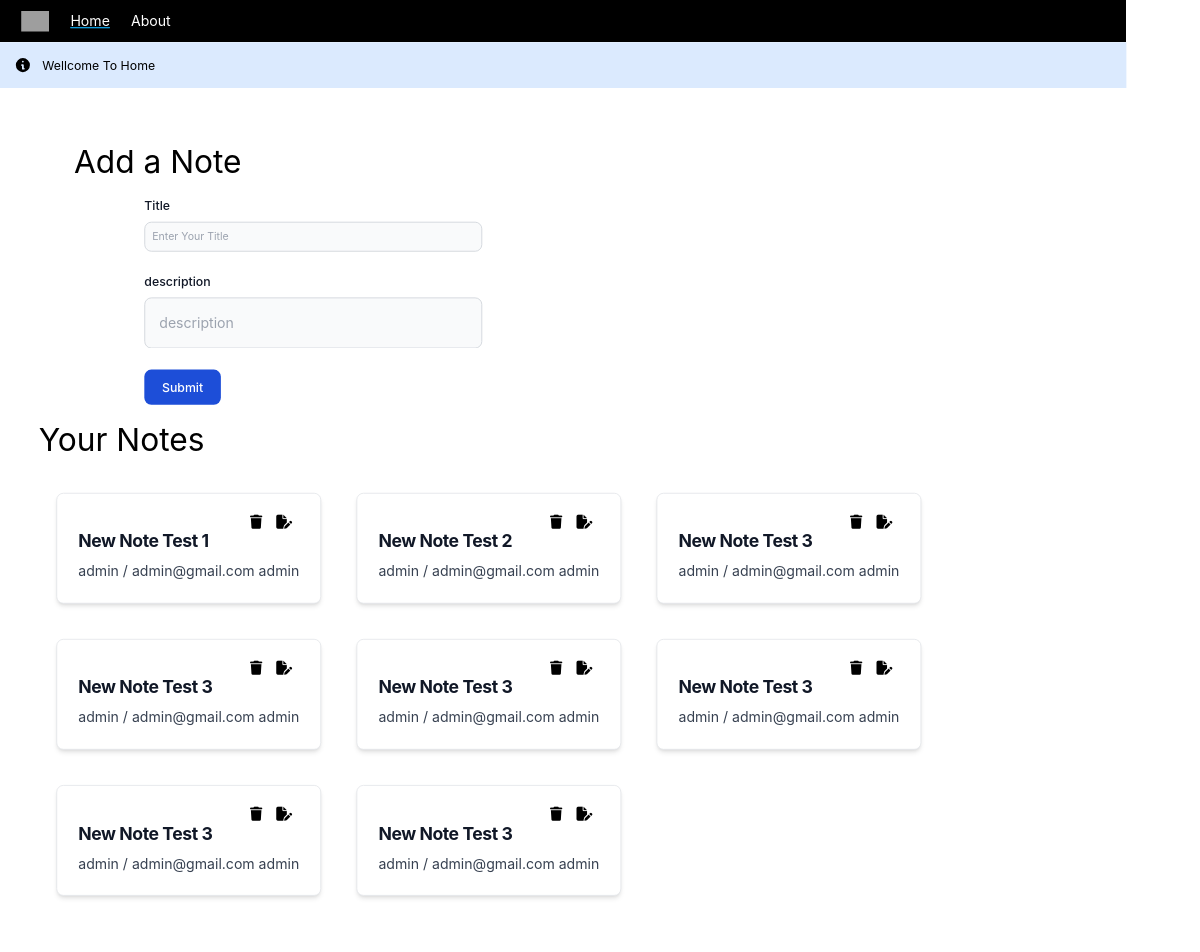
Repository: sonawaneteju4/iNote
Page: /
An editor plug-in stored every save of this project. The page is shown before and after the next save, followed by the edit.
The browser window is 1280 px wide. The page is 1364 px wide, so the pictures cover 1364 px, including what lies to the right of the window. The pictures show the whole page, at 88% of full size.
Pictures or frames that could not be fetched are drawn as grey boxes. Some web libraries are served in a nearby version. The project was rebuilt for these pictures with package versions that can differ from the ones it lists, and the page was loaded fresh each time. Also part of the build but not shown: src/components/About.js.

Above is the page before, as saved 2022-10-10 20:05:58.

### public/index.html
<!DOCTYPE html>
<html lang="en">
  <head>
    <meta charset="utf-8" />
    <link rel="icon" href="%PUBLIC_URL%/favicon.ico" />
    <meta name="viewport" content="width=device-width, initial-scale=1" />
    <meta name="theme-color" content="#000000" />
    <meta
      name="description"
      content="Web site created using create-react-app"
    />
    <link rel="apple-touch-icon" href="%PUBLIC_URL%/logo192.png" />

    <link rel="manifest" href="%PUBLIC_URL%/manifest.json" />

    <title>iNote - Secured Notes On Cloud</title>
  </head>
  <body>
    <noscript>You need to enable JavaScript to run this app.</noscript>
    <script src="https://kit.fontawesome.com/61d960ae85.js" crossorigin="anonymous"></script>
    <div id="root"></div>
  </body>
</html>

### src/App.js
import "./App.css";
import { BrowserRouter, Routes, Route } from "react-router-dom";
import Navbar from "./components/Navbar";
import Home from "./components/Home";
import About from "./components/About";
import NoteState from "./context/notes/NoteState";
import Alert from "./components/Alert";

function App() {
  return (
    <>
      <NoteState>
        <BrowserRouter>
          <Navbar />
          <Alert message="Wellcome To Home"/>
          <div className="container m-11">

          <Routes>
            <Route exact path="/" element={<Home />}></Route>
            <Route exact path="/about" element={<About />}></Route>
          </Routes>
          </div>
        </BrowserRouter>
      </NoteState>
    </>
  );
}

export default App;

### src/App.css
.App {
  text-align: center;
}

.App-logo {
  height: 40vmin;
  pointer-events: none;
}

@media (prefers-reduced-motion: no-preference) {
  .App-logo {
    animation: App-logo-spin infinite 20s linear;
  }
}

.App-header {
  background-color: #282c34;
  min-height: 100vh;
  display: flex;
  flex-direction: column;
  align-items: center;
  justify-content: center;
  font-size: calc(10px + 2vmin);
  color: white;
}

.App-link {
  color: #61dafb;
}

@keyframes App-logo-spin {
  from {
    transform: rotate(0deg);
  }
  to {
    transform: rotate(360deg);
  }
}
i{cursor: pointer;

}

### src/components/Navbar.js
import React, {useEffect} from 'react'
import { Link, useLocation } from 'react-router-dom'

const Navbar = () => {
  let location = useLocation();
  useEffect(() => {
    console.log(location.pathname);
  }, [location])

  return (
    <nav className='flex bg-black text-white sticky top-0'>
        <ul className='flex m-3'>
            <li className='px-3'><Link to="/"><img alt="Logo" className='h-6' src='https://i.ibb.co/yyD6c8M/i-NOTE-3.png'></img></Link></li>
            <li className={`px-3  ${location.pathname==='/'? "underline decoration-sky-500": ""}`}><Link to="/">Home</Link></li>
            <li className={`px-3  ${location.pathname==='/about'? "underline decoration-sky-500": ""}`}><Link to="/about">About</Link></li>
        </ul>

    </nav>
  )
}

export default Navbar

### src/components/Home.js
import React from 'react'
// import NoteState from '../context/notes/NoteState';
import Notes from './Notes';

const Home = () => {

  return (
    <>
      <Notes/>
    </>

  )
}

export default Home

### src/context/notes/NoteState.js
import { useState } from 'react';
import NoteContext from './NoteContext';


const NoteState = (props) =>{
    const notesInitial = [
        {
          "_id": "6343f8ff5e6343bed4b7ddb5",
          "user": "63402d7553af99b0eef26534",
          "title": "New Note Test 1 ",
          "description": "admin / admin@gmail.com admin",
          "tag": "test",
          "date": "1665390388538",
          "__v": 0
        },
        {
          "_id": "6343f90f5e6343bed4b7ddb8",
          "user": "63402d7553af99b0eef26534",
          "title": "New Note Test 2 ",
          "description": "admin / admin@gmail.com admin",
          "tag": "test",
          "date": "1665390388538",
          "__v": 0
        },
        {
          "_id": "6343f9155e6343bed4b7ddba",
          "user": "63402d7553af99b0eef26534",
          "title": "New Note Test 3 ",
          "description": "admin / admin@gmail.com admin",
          "tag": "test",
          "date": "1665390388538",
          "__v": 0
        },
        {
            "_id": "6343f9155e6343bed4b7ddba",
            "user": "63402d7553af99b0eef26534",
            "title": "New Note Test 3 ",
            "description": "admin / admin@gmail.com admin",
            "tag": "test",
            "date": "1665390388538",
            "__v": 0
          },
          {
            "_id": "6343f9155e6343bed4b7ddba",
            "user": "63402d7553af99b0eef26534",
            "title": "New Note Test 3 ",
            "description": "admin / admin@gmail.com admin",
            "tag": "test",
            "date": "1665390388538",
            "__v": 0
          },
          {
            "_id": "6343f9155e6343bed4b7ddba",
            "user": "63402d7553af99b0eef26534",
            "title": "New Note Test 3 ",
            "description": "admin / admin@gmail.com admin",
            "tag": "test",
            "date": "1665390388538",
            "__v": 0
          },
          {
            "_id": "6343f9155e6343bed4b7ddba",
            "user": "63402d7553af99b0eef26534",
            "title": "New Note Test 3 ",
            "description": "admin / admin@gmail.com admin",
            "tag": "test",
            "date": "1665390388538",
            "__v": 0
          },
          {
            "_id": "6343f9155e6343bed4b7ddba",
            "user": "63402d7553af99b0eef26534",
            "title": "New Note Test 3 ",
            "description": "admin / admin@gmail.com admin",
            "tag": "test",
            "date": "1665390388538",
            "__v": 0
          }
      ]
      const [notes, setNotes] = useState(notesInitial)

      //Add a Note
      const addNote = (title, description,tag)=>{
        const note = {
          "_id": "6343f9155e6343bed4b7ddba",
          "user": "63402d7553af99b0eef26534",
          "title": title,
          "description": description,
          "tag": tag,
          "date": "1665390388538",
          "__v": 0
        };
        setNotes(notes.concat(note))
      }

      // Delete a Note
      const deleteNote = (id)=>{
        console.log(id)
        const newNotes = notes.filter((note)=>{return note._id!==id})
        setNotes(newNotes)
      }

      //Edit a Note
const editNote = (id, title, description,tag)=>{

}

    return(

        <NoteContext.Provider value={{notes, notesInitial, addNote ,deleteNote ,editNote }}>
            {props.children}
        </NoteContext.Provider>
            )
}

export default NoteState;

### src/components/Alert.js
import React from 'react'

const Alert = (props) => {
  return (
    <div className=''>
      <div className="flex p-4 mb-4 text-sm bg-blue-100 rounded-lgz text-black " role="alert">
  <svg aria-hidden="true" className="flex-shrink-0 inline w-5 h-5 mr-3" fill="currentColor" viewBox="0 0 20 20" xmlns="http://www.w3.org/2000/svg"><path fill-rule="evenodd" d="M18 10a8 8 0 11-16 0 8 8 0 0116 0zm-7-4a1 1 0 11-2 0 1 1 0 012 0zM9 9a1 1 0 000 2v3a1 1 0 001 1h1a1 1 0 100-2v-3a1 1 0 00-1-1H9z" clip-rule="evenodd"></path></svg>
  {props.message}
  </div>
    </div>
  )
}

export default Alert

### src/components/Notes.js
import React, {useContext } from 'react'
import NoteContext from '../context/notes/NoteContext';
import AddNote from './AddNote';
import NoteItem from './NoteItem';


const Notes = () => {
    const context = useContext(NoteContext);
    const [showModal, setShowModal] = React.useState(false);
    const {notes, addNote} = context
  return (
    <div>
        <AddNote/>
      <h1 className='py-5 text-4xl'>Your Notes</h1>




    <div className='flex flex-wrap'>
        {notes.map((note)=>{
            return <NoteItem key={note._id} note={note}/>;
        })}
    </div>
        </div>
  )
}

export default Notes

### src/components/AddNote.js
import React, {useContext, useState}from 'react'
import NoteContext from '../context/notes/NoteContext';

const AddNote = () => {
    const context = useContext(NoteContext);
    const {addNote} = context;
    const [note, setnote] = useState({title:"", description:"", tag:"default"})
    const handleClick = (e)=>{
      e.preventDefault()
        addNote(note.title, note.description, note.tag);
    }
    const onChange = (e)=>{
      setnote({...note, [e.target.name]: e.target.value})
    }

  return (
    <div>
    <div className='text-black'>
      <div className='mx-10'>
        <h1 className='py-5 text-4xl'>Add a Note</h1>
        <form className=''>

        <form className='container mx-20'>
  <div className="relative z-0 mb-6 w-full group">
      <label for="title" className="block mb-2 text-sm font-medium text-gray-900">Title</label>
      <input  onChange={onChange} type="text" name="title" id="title" className="block p-2 w-96 text-gray-900 bg-gray-50 rounded-lg border border-gray-300 sm:text-xs focus:ring-blue-500 focus:border-blue-500" placeholder="Enter Your Title" required=""/>
  </div>
  <div className="relative z-0 mb-6 w-full group">
      <label for="description" className="block mb-2 text-sm font-medium text-gray-900">description</label>
      <input onChange={onChange} type="desc" name="description" id="description" className="block p-4 w-96 text-gray-900 bg-gray-50 rounded-lg border border-gray-300 sm:text-md focus:ring-blue-500 focus:border-blue-500" placeholder="description" required=""/>
  </div>
  <button onClick={handleClick} type="submit" className="text-white bg-blue-700 hover:bg-blue-800 focus:ring-4 focus:outline-none focus:ring-blue-300 font-medium rounded-lg text-sm w-full sm:w-auto px-5 py-2.5 text-center dark:bg-blue-600 dark:hover:bg-blue-700 dark:focus:ring-blue-800">Submit</button>
</form>

        </form>
      </div>
    </div>
    </div>
  )
}

export default AddNote

### src/components/NoteItem.js
import React, { useContext } from "react";
import NoteContext from '../context/notes/NoteContext';


const NoteItem = (props) => {
 const context = useContext(NoteContext)
  const {deleteNote} = context;
  const { note } = props;
  return (
    <div className="p-5">
      <div class="p-6 max-w-sm bg-white rounded-lg border border-gray-200 shadow-md hover:bg-gray-100">
        <div className="flex item-start justify-end">
          <i class="fa-solid fa-trash mx-2" onClick={()=>{deleteNote(note._id)}}></i>
          <i class="fa-solid fa-file-pen mx-2"></i>
        </div>
          <h5 class="mb-2 text-xl font-bold tracking-tight text-gray-900">
            {note.title}
          </h5>
        <p class="font-normal text-gray-700"> {note.description}</p>
      </div>
    </div>
  );
};

export default NoteItem;

Loaded but not shown: src/index.js (common file); src/index.css (common file); src/context/notes/NoteContext.js (common file); tailwind.config.js (common file)

After the next save:
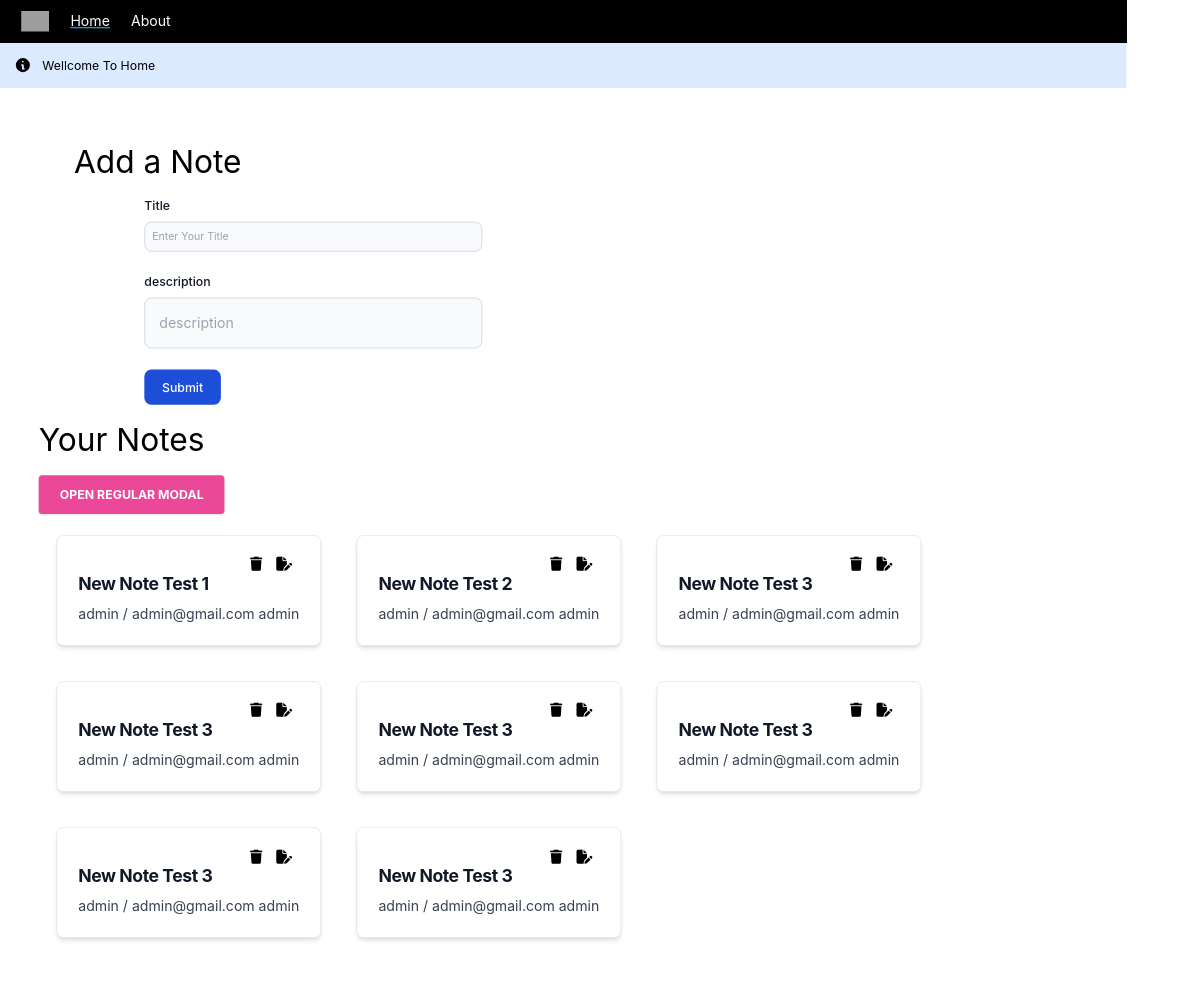
Saved 28 s later.
--- a/src/components/Notes.js
+++ b/src/components/Notes.js
@@ -13,7 +13,68 @@ const Notes = () => {
         <AddNote/>
       <h1 className='py-5 text-4xl'>Your Notes</h1>
 
-
+      <button
+        className="bg-pink-500 text-white active:bg-pink-600 font-bold uppercase text-sm px-6 py-3 rounded shadow hover:shadow-lg outline-none focus:outline-none mr-1 mb-1 ease-linear transition-all duration-150"
+        type="button"
+        onClick={() => setShowModal(true)}
+      >
+        Open regular modal
+      </button>
+      {showModal ? (
+        <>
+          <div
+            className="justify-center items-center flex overflow-x-hidden overflow-y-auto fixed inset-0 z-50 outline-none focus:outline-none"
+          >
+            <div className="relative w-auto my-6 mx-auto max-w-3xl">
+              {/*content*/}
+              <div className="border-0 rounded-lg shadow-lg relative flex flex-col w-full bg-white outline-none focus:outline-none">
+                {/*header*/}
+                <div className="flex items-start justify-between p-5 border-b border-solid border-slate-200 rounded-t">
+                  <h3 className="text-3xl font-semibold">
+                    Modal Title
+                  </h3>
+                  <button
+                    className="p-1 ml-auto bg-transparent border-0 text-black opacity-5 float-right text-3xl leading-none font-semibold outline-none focus:outline-none"
+                    onClick={() => setShowModal(false)}
+                  >
+                    <span className="bg-transparent text-black opacity-5 h-6 w-6 text-2xl block outline-none focus:outline-none">
+                      ×
+                    </span>
+                  </button>
+                </div>
+                {/*body*/}
+                <div className="relative p-6 flex-auto">
+                  <p className="my-4 text-slate-500 text-lg leading-relaxed">
+                    I always felt like I could do anything. That’s the main
+                    thing people are controlled by! Thoughts- their perception
+                    of themselves! They're slowed down by their perception of
+                    themselves. If you're taught you can’t do anything, you
+                    won’t do anything. I was taught I could do everything.
+                  </p>
+                </div>
+                {/*footer*/}
+                <div className="flex items-center justify-end p-6 border-t border-solid border-slate-200 rounded-b">
+                  <button
+                    className="text-red-500 background-transparent font-bold uppercase px-6 py-2 text-sm outline-none focus:outline-none mr-1 mb-1 ease-linear transition-all duration-150"
+                    type="button"
+                    onClick={() => setShowModal(false)}
+                  >
+                    Close
+                  </button>
+                  <button
+                    className="bg-emerald-500 text-white active:bg-emerald-600 font-bold uppercase text-sm px-6 py-3 rounded shadow hover:shadow-lg outline-none focus:outline-none mr-1 mb-1 ease-linear transition-all duration-150"
+                    type="button"
+                    onClick={() => setShowModal(false)}
+                  >
+                    Save Changes
+                  </button>
+                </div>
+              </div>
+            </div>
+          </div>
+          <div className="opacity-25 fixed inset-0 z-40 bg-black"></div>
+        </>
+      ) : null}
 
 
     <div className='flex flex-wrap'>
